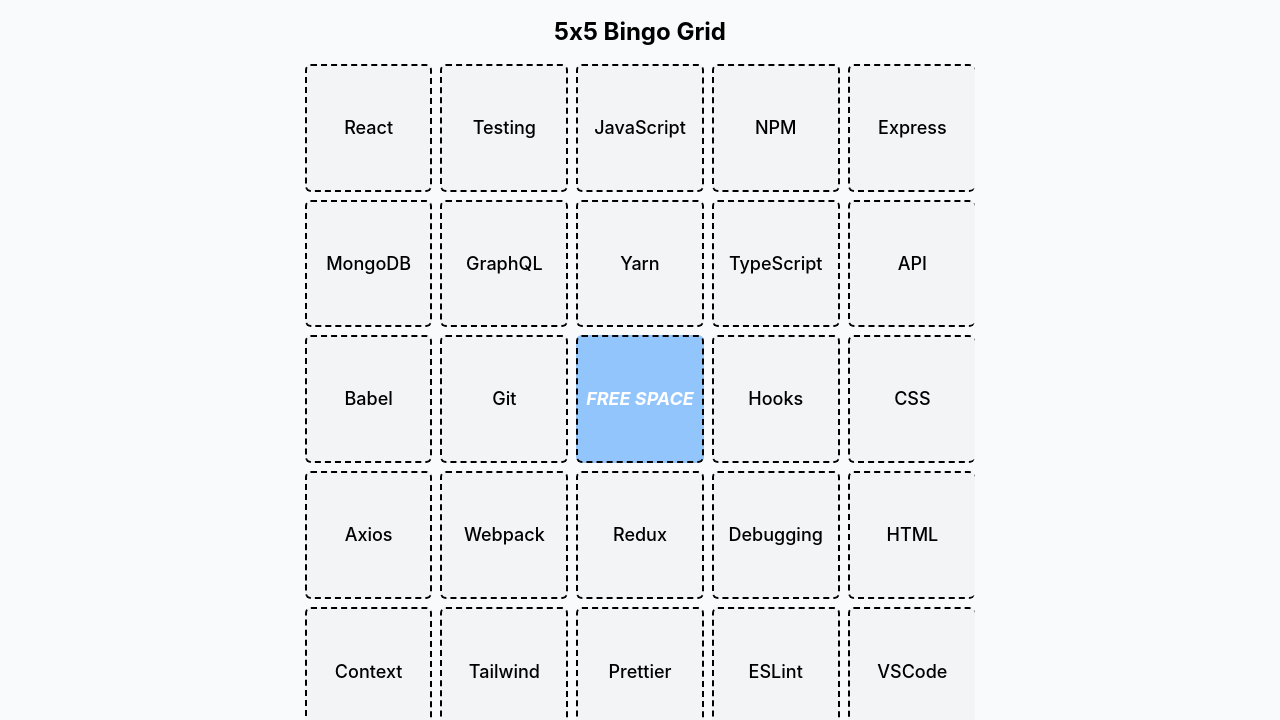
Repository: yassirbn/football-bingo
Page: /
An editor plug-in stored every save of this project. The page is shown before and after the next save, followed by the edit.
The browser window is 1280 px wide. The pictures show the whole page.
The project was rebuilt for these pictures with package versions that can differ from the ones it lists, and the page was loaded fresh each time.

Above is the page before, as saved 2024-11-26 18:04:43.

### src/index.css

@import url('https://fonts.googleapis.com/css2?family=Caveat:wght@400;700&display=swap');

@tailwind base;
@tailwind components;
@tailwind utilities;


body {
  margin: 0;
  font-family: -apple-system, BlinkMacSystemFont, 'Segoe UI', 'Roboto', 'Oxygen',
    'Ubuntu', 'Cantarell', 'Fira Sans', 'Droid Sans', 'Helvetica Neue',
    sans-serif;
  -webkit-font-smoothing: antialiased;
  -moz-osx-font-smoothing: grayscale;
}

code {
  font-family: source-code-pro, Menlo, Monaco, Consolas, 'Courier New',
    monospace;
}

### src/App.js
import React from "react";
import BingoGrid from "./component/BingoGrid/BingoGrid";


const App = () => {
  const words = [
    "React", "JavaScript", "CSS", "HTML", "Tailwind",
    "Redux", "API", "NodeJS", "Express", "MongoDB",
    "GraphQL", "TypeScript", "Hooks", "Context", "Webpack",
    "Babel", "Git", "NPM", "Yarn", "ESLint",
    "Prettier", "Testing", "Axios", "VSCode", "Debugging"
  ];

  return (
    <div className="min-h-screen bg-gray-50 flex items-center justify-center">
      <BingoGrid words={words} />
    </div>
  );
};

export default App;

### src/component/BingoGrid/BingoGrid.js
import React, { useState } from "react";

const BingoGrid = ({ words }) => {
  const gridSize = 5; // 5x5 grid
  const totalCells = gridSize * gridSize;

  // Shuffle words only once and store in state
  const initializeGrid = () => {
    const shuffledWords = [...words].sort(() => 0.5 - Math.random()).slice(0, totalCells);

    // Fill with placeholders if not enough words
    while (shuffledWords.length < totalCells) {
      shuffledWords.push("PLACEHOLDER");
    }

    // Replace the center cell with "FREE SPACE"
    const centerIndex = Math.floor(totalCells / 2);
    shuffledWords[centerIndex] = "FREE SPACE";

    return shuffledWords;
  };

  const [gridWords] = useState(initializeGrid);
  const [selectedCells, setSelectedCells] = useState(
    Array(totalCells).fill(false).map((_, i) => i === Math.floor(totalCells / 2)) // Center (FREE SPACE) is pre-selected
  );
  const [bingo, setBingo] = useState(false);

  // Handle cell click
  const handleCellClick = (index) => {
    if (gridWords[index] === "FREE SPACE" || selectedCells[index]) return; // Ignore clicks on FREE SPACE or already selected cells

    const updatedSelection = [...selectedCells];
    updatedSelection[index] = true;
    setSelectedCells(updatedSelection);

    // Check for Bingo
    checkForBingo(updatedSelection);
  };

  // Check for Bingo
  const checkForBingo = (selected) => {
    const checkLine = (line) => line.every((index) => selected[index]);

    // Generate all rows, columns, and diagonals
    const rows = Array.from({ length: gridSize }, (_, i) =>
      Array.from({ length: gridSize }, (_, j) => i * gridSize + j)
    );
    const cols = Array.from({ length: gridSize }, (_, i) =>
      Array.from({ length: gridSize }, (_, j) => j * gridSize + i)
    );
    const diagonal1 = Array.from({ length: gridSize }, (_, i) => i * gridSize + i);
    const diagonal2 = Array.from({ length: gridSize }, (_, i) => (i + 1) * gridSize - (i + 1));

    const lines = [...rows, ...cols, diagonal1, diagonal2];

    if (lines.some(checkLine)) {
      setBingo(true); // Set Bingo to true to trigger animations
    }
  };

  return (
    <div className="p-4 relative h-screen overflow-hidden">
      {/* Fireworks Animation */}
      {bingo && (
        <div className="absolute inset-0 z-20 flex justify-center items-center pointer-events-none">
          {/* Firework Particles */}
          {Array.from({ length: 300 }).map((_, idx) => (
            <div
              key={idx}
              className="fireworks-particle w-4 h-4 rounded-full absolute animate-fireworks"
              style={{
                "--x": `${Math.random() * 120 - 60}vw`, // Expanded X direction
                "--y": `${Math.random() * 120 - 60}vh`, // Expanded Y direction
                "--size": `${Math.random() * 10 + 5}px`, // Random size (larger particles)
                "--duration": `${Math.random() * 2 + 1.5}s`, // Increased duration for longer explosion
                "--delay": `${Math.random() * 0.5}s`, // Random delay
                backgroundColor: `hsl(${Math.random() * 360}, 100%, 50%)`, // Random color (HSL)
                transform: `rotate(${Math.random() * 360}deg)` // Random rotation for more chaos
              }}
            ></div>
          ))}
        </div>
      )}

      {/* Bingo Text Animation */}
      {bingo && (
        <div className="absolute inset-0 flex items-center justify-center z-10 animate-bingo-fade">
          <h2 className="text-7xl sm:text-8xl md:text-9xl lg:text-10xl font-extrabold text-red-600 animate-bingo-shake">
            BINGO!
          </h2>
        </div>
      )}

      {/* Bingo Grid */}
      <h1 className="text-center text-2xl font-bold mb-4">5x5 Bingo Grid</h1>
      <div
        className="grid gap-2"
        style={{
          gridTemplateColumns: `repeat(${gridSize}, minmax(50px, 1fr))`,
        }}
      >
        {gridWords.map((word, index) => (
          <div
            key={index}
            className={`flex items-center justify-center border-dashed border-2 rounded-md text-center font-medium aspect-square p-2
              ${
                selectedCells[index]
                  ? "bg-blue-300 text-white"
                  : "bg-gray-100 hover:bg-blue-200 cursor-pointer"
              } ${word === "FREE SPACE" ? "cursor-default" : ""}`}
            onClick={() => handleCellClick(index)}
            style={{
              borderRight:
                index % gridSize === gridSize - 1 ? "none" : "2px dashed black",
              borderBottom:
                Math.floor(index / gridSize) === gridSize - 1
                  ? "none"
                  : "2px dashed black",
              borderTop: "2px dashed black", // Adding top border for the first row
              borderLeft: "2px dashed black", // Adding left border for the first column
            }}
          >
            <span
              className={`break-words text-xs sm:text-sm md:text-base lg:text-lg ${
                word === "FREE SPACE" ? "font-bold italic" : ""
              }`}
            >
              {word}
            </span>
          </div>
        ))}
      </div>
    </div>
  );
};

export default BingoGrid;

### tailwind.config.js
/** @type {import('tailwindcss').Config} */
module.exports = {
  content: ['./src/**/*.{js,jsx,ts,tsx}'],
  theme: {
    extend: {
      fontFamily: {
        handwritten: ["'Caveat'", "cursive"],
      },
      animation: {
        fireworks: "fireworks 1.5s ease-out forwards",
        "bingo-fade": "bingo-fade 2s ease-out forwards",
        "bingo-shake": "bingo-shake 0.5s ease-in-out infinite",
      },
      keyframes: {
        fireworks: {
          "0%": {
            transform: "scale(0) translate(0, 0)",
            opacity: 1,
          },
          "50%": {
            transform: "scale(1) translate(var(--x), var(--y))",
            opacity: 1,
          },
          "100%": {
            transform: "scale(2) translate(var(--x), var(--y))",
            opacity: 0,
          },
        },
        "bingo-fade": {
          "0%": { opacity: 0 },
          "100%": { opacity: 1 },
        },
        "bingo-shake": {
          "0%": { transform: "rotate(0)" },
          "25%": { transform: "rotate(5deg)" },
          "50%": { transform: "rotate(0)" },
          "75%": { transform: "rotate(-5deg)" },
          "100%": { transform: "rotate(0)" },
        },
      },
    },
  },
  plugins: [],
}

Loaded but not shown: public/index.html (common file); src/index.js (common file); src/reportWebVitals.js (common file)

After the next save:
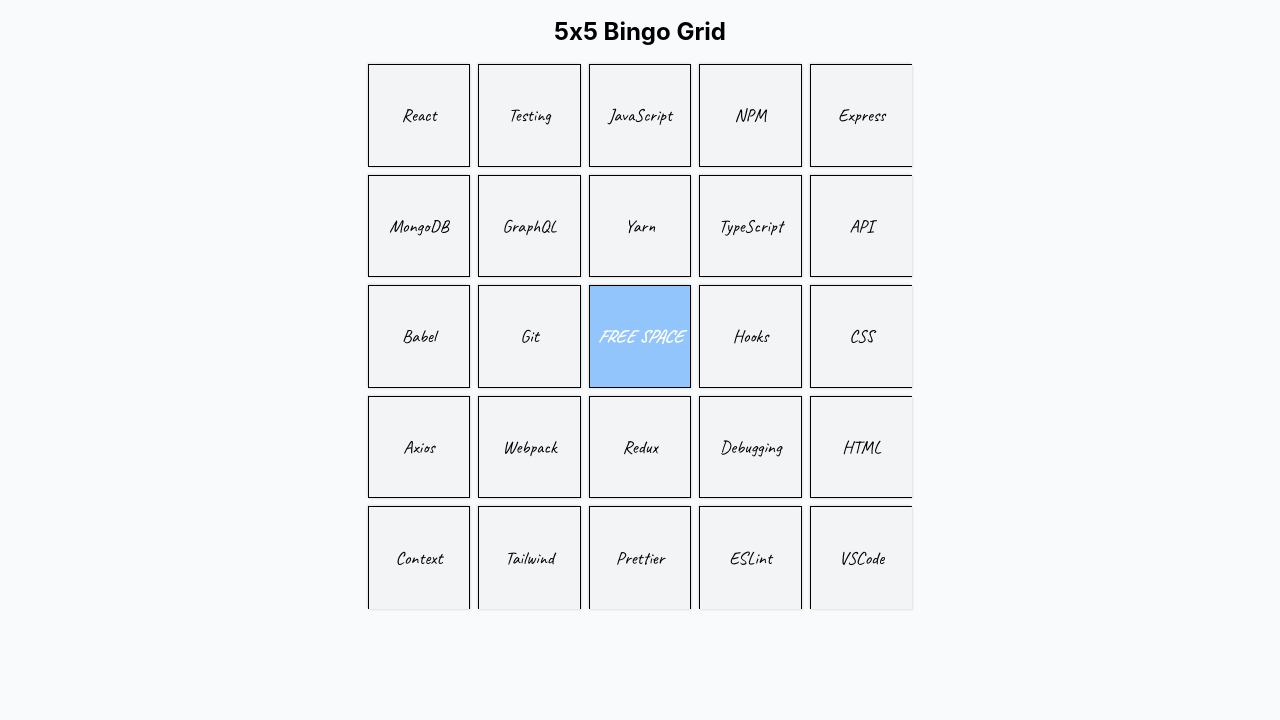
Saved 6 s later.
--- a/src/component/BingoGrid/BingoGrid.js
+++ b/src/component/BingoGrid/BingoGrid.js
@@ -103,7 +103,7 @@
         {gridWords.map((word, index) => (
           <div
             key={index}
-            className={`flex items-center justify-center border-dashed border-2 rounded-md text-center font-medium aspect-square p-2
+            className={`flex items-center justify-center border-[0.5px] border-black border-solid text-center font-medium aspect-square p-2
               ${
                 selectedCells[index]
                   ? "bg-blue-300 text-white"
@@ -111,18 +111,20 @@
               } ${word === "FREE SPACE" ? "cursor-default" : ""}`}
             onClick={() => handleCellClick(index)}
             style={{
+              // Simulate hand-drawn lines by adding slight shadow to grid cells
+              boxShadow: '1px 1px 2px rgba(0,0,0,0.1), -1px -1px 2px rgba(0,0,0,0.1)',
               borderRight:
-                index % gridSize === gridSize - 1 ? "none" : "2px dashed black",
+                index % gridSize === gridSize - 1 ? "none" : "1px solid black",
               borderBottom:
                 Math.floor(index / gridSize) === gridSize - 1
                   ? "none"
-                  : "2px dashed black",
-              borderTop: "2px dashed black", // Adding top border for the first row
-              borderLeft: "2px dashed black", // Adding left border for the first column
+                  : "1px solid black",
+              borderTop: "1px solid black", // Adding top border for the first row
+              borderLeft: "1px solid black", // Adding left border for the first column
             }}
           >
             <span
-              className={`break-words text-xs sm:text-sm md:text-base lg:text-lg ${
+              className={`break-words text-xs sm:text-sm md:text-base lg:text-lg font-handwritten ${
                 word === "FREE SPACE" ? "font-bold italic" : ""
               }`}
             >
